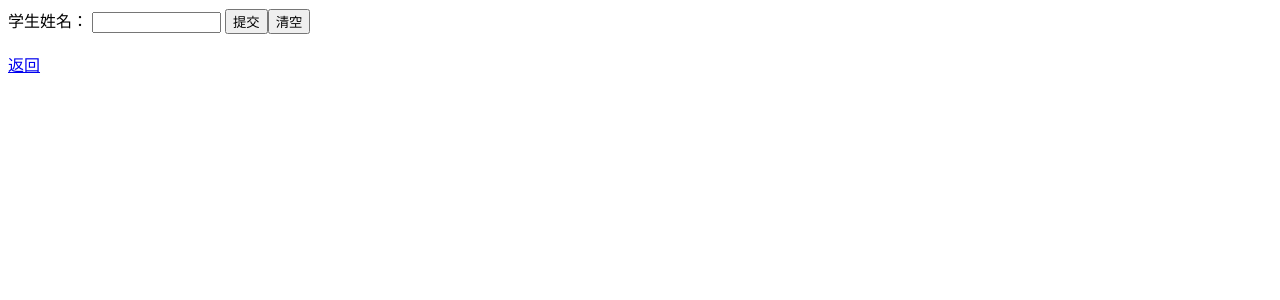
Repository: phjy007/javaee_hw
Page: http://localhost/javaweb/lab04/input.jsp
The author's editor kept a copy of each file at every save. The page is drawn from the files as they stood at one save, then again after the next save.
The browser window is 1280 px wide. The pictures show the whole page.
The page is served by Tomcat 9.

Above is the page before, as saved 2012-12-27 18:03:50.

After the next save:
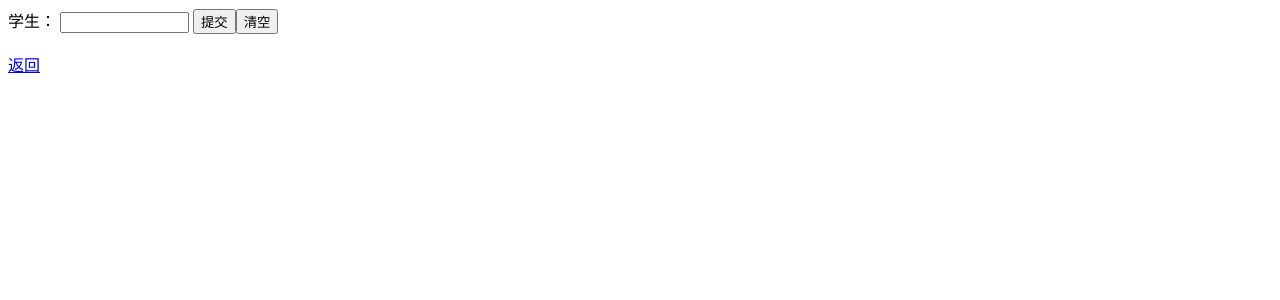
Saved 75 s later.
--- a/javaweb/WebRoot/lab04/input.jsp
+++ b/javaweb/WebRoot/lab04/input.jsp
@@ -8,8 +8,8 @@
 </head>
 <body>
 
-<form action="./ssquery.jsp">
-   学生姓名：&nbsp;<input name="name" type="text" value="" size="13" />
+<form action="./query.jsp">
+   学生：&nbsp;<input name="name" type="text" value="" size="13" />
   		<input type="submit" value="提交"><input type="reset" value="清空">
 </form><br/>
 <div> <a href="../">返回</a></div>
